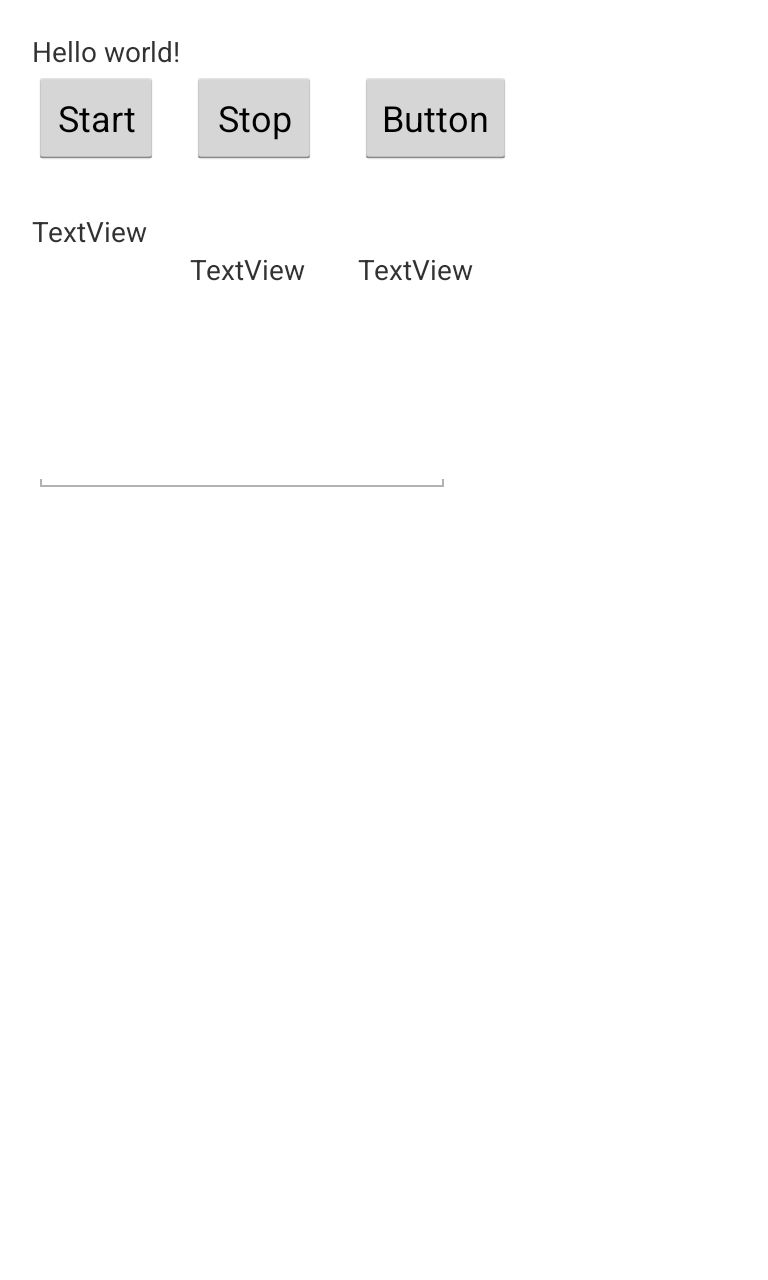
Repository: lukaszgor/mobilki
Layout: LAB6/To nieważne/Cw 6 przykład 2/Cw6zad2/res/layout/activity_main.xml
An editor plug-in stored every save of this project. The layout is shown before and after the next save, followed by the edit.
It is drawn on a 768 x 1280 px phone screen (xhdpi) without system bars, with theme AppTheme; the app's code is not run.

Above is the layout before, as saved 2020-05-28 16:50:09.

After the next save:
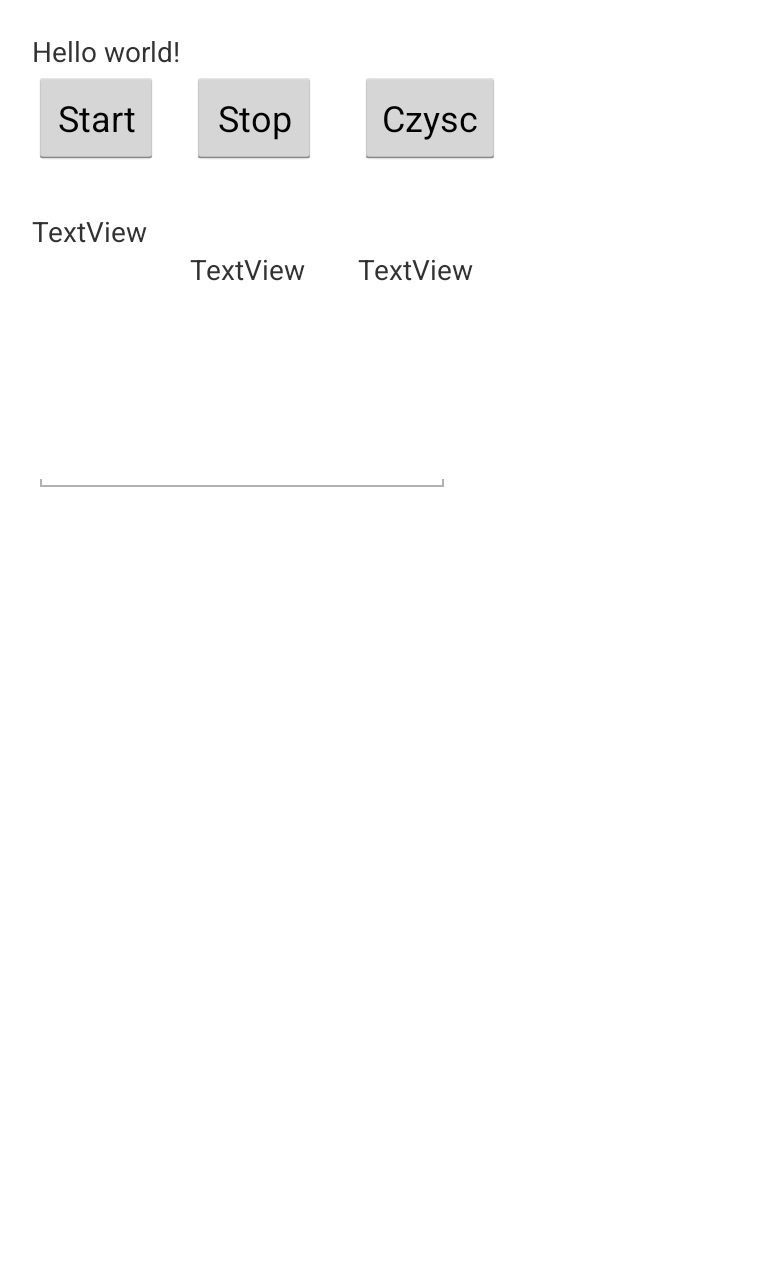
Saved 4 s later.
--- a/LAB6/To nieważne/Cw 6 przykład 2/Cw6zad2/res/layout/activity_main.xml
+++ b/LAB6/To nieważne/Cw 6 przykład 2/Cw6zad2/res/layout/activity_main.xml
@@ -30,7 +30,7 @@
         android:layout_alignBottom="@+id/button2"
         android:layout_marginLeft="20dp"
         android:layout_toRightOf="@+id/button2"
-        android:text="Button" />
+        android:text="Czysc" />
 
     <Button
         android:id="@+id/button2"
